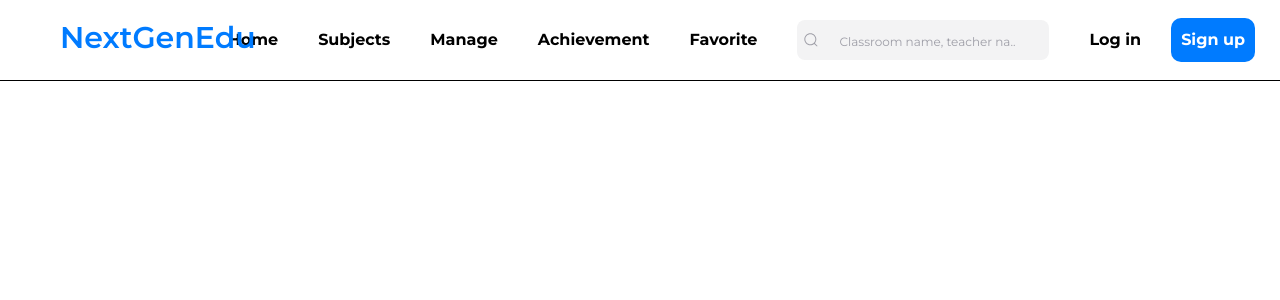
Repository: khoilvgcc210040/nextgenedu
Page: http://localhost/
The author's editor kept a copy of each file at every save. The page is drawn from the files as they stood at one save, then again after the next save.
The browser window is 1280 px wide. The pictures show the whole page.
The page is served by the project's application, run on Django 5.2 (manage.py). Other server files are loaded and not shown.

Above is the page before, as saved 2024-08-11 21:44:46.

### home/templatetags/filters.py
from django import template

register = template.Library()

@register.filter(name='range')
def filter_range(start, end):
    return range(start, end)

### templates/home.html
{% load static %}
<!DOCTYPE html>
<html lang="en">
<head>
    <meta charset="UTF-8">
    <meta name="viewport" content="width=device-width, initial-scale=1.0">
    <title>Home</title>
    <!-- Bootstrap CSS -->
    <link href="https://stackpath.bootstrapcdn.com/bootstrap/4.5.2/css/bootstrap.min.css" rel="stylesheet">
</head>
<style>
    @import url('https://fonts.googleapis.com/css2?family=Montserrat:ital,wght@0,100..900;1,100..900&family=Roboto:ital,wght@0,100;0,300;0,400;0,500;0,700;0,900;1,100;1,300;1,400;1,500;1,700;1,900&display=swap');
    body, html {
        margin: 0;
        padding: 0;
        height: 100%;
        font-family: "Montserrat", sans-serif;
        overflow: hidden;
    }
</style>
<body>
    {% include "header.html" %}

</body>
</html>

### templates/header.html
{% load static %}
<!DOCTYPE html>
<html lang="en">
<head>
    <meta charset="UTF-8">
    <meta name="viewport" content="width=device-width, initial-scale=1.0">
</head>
<style>
    @import url('https://fonts.googleapis.com/css2?family=Montserrat:ital,wght@0,100..900;1,100..900&family=Roboto:ital,wght@0,100;0,300;0,400;0,500;0,700;0,900;1,100;1,300;1,400;1,500;1,700;1,900&display=swap');
    body, html {
        margin: 0;
        padding: 0;
        height: 100%;
        font-family: "Montserrat", sans-serif;
        overflow: hidden;
        overflow-y: auto;
    }

    .navbar .container {
        max-width: 1330px;
    }

    .navbar .navbar-nav .nav-link {
        border-radius: 10px;;
        margin: 10px;
        padding: 10px;
        color: #000;
        font-weight: 700;
        transition: all ease-in-out 0.3s;
    }

    .navbar .navbar-nav .nav-link:hover {
        transform: translateY(-3px);
    }


    .navbar {
        position: fixed;
        top: 0;
        left: 0;
        right: 0;
        background: #ffffff;
        border-bottom: 1px solid #000000;
        z-index: 9;
        display: flex;
        justify-content: space-around;
        align-items: center;
        padding: 0;
    }

    .navbar .dropdown-menu {
        background: #ffffff;
        box-shadow: 0 1rem 3rem rgba(0, 0, 0, 0.175);
        border: 0;
        display: block;
        opacity: 0;
        min-width: 9rem;
        margin-top: 20px;
        padding: 13px 0 10px 0;
        transition: all 0.3s;
        pointer-events: none;
    }

    .navbar .dropdown-menu::before {
        content: "";
        width: 0;
        height: 0;
        border-left: 20px solid transparent;
        border-right: 20px solid transparent;
        border-bottom: 15px solid #ffffff;
        position: absolute;
        top: -10px;
        left: 10px;
    }

    .navbar .dropdown-item {
        display: inline-block;
        color: #000;
        font-family: "Montserrat", sans-serif;
        font-size: 14px;
        font-weight: 500;
        text-transform: uppercase;
        letter-spacing: 0.5px;
        position: relative;
    }

    .navbar .dropdown-item.active,
    .navbar .dropdown-item:active,
    .navbar .dropdown-item:focus,
    .navbar .dropdown-item:hover {
        background: transparent;
        color: #13547a;
    }

    .navbar .nav-item{
        display: flex;
        align-items: center;
    }

    .navbar .nav-item{
        color: blue;
    }

    @media screen and (min-width: 992px) {
        .navbar .dropdown:hover .dropdown-menu {
            opacity: 1;
            margin-top: 0;
            pointer-events: auto;
        }
    }

    .navbar .group {
        display: flex;
        line-height: 28px;
        align-items: center;
        position: relative;
        max-width: 280px;
    }

    .navbar .input {
        width: 100%;
        height: 40px;
        line-height: 28px;
        padding: 0 1rem;
        padding-left: 2.5rem;
        border: 2px solid transparent;
        border-radius: 8px;
        outline: none;
        background-color: #f3f3f4;
        color: #0d0c22;
        transition: .3s ease;
    }

    .navbar .input::placeholder {
        color: #9e9ea7;
        font-size: 12px;
    }

    .navbar .input:focus, input:hover {
        outline: none;
        border-color: rgba(234,76,137,0.4);
        background-color: #fff;
        box-shadow: 0 0 0 4px rgb(234 76 137 / 10%);
    }

    .navbar .icon {
        position: absolute;
        left: 1rem;
        fill: #9e9ea7;
        width: 1rem;
        height: 1rem;
    }

    .navbar .navbar-brand{
        color: #000;
        font-size: 30px;
        margin-bottom: 5px;
        font-weight: 600;
        position: absolute;
        left: 2em;
        transition: all ease-in-out 0.3s;
    }

    .navbar .navbar-brand:hover{
        color: #000;
        transform: translateY(-3px);
    }

    .navbar .collapse{
        display: flex;
        justify-content: flex-end;
    }

    .navbar img {
        height: 40px;
        width: auto;
        vertical-align: middle;
    }

    .btn-login:hover {
        background-color: #e2e8f0;
    }
</style>
<body>
    <nav class="navbar navbar-expand-lg">
        <div class="container">
            <a class="navbar-brand" href="{% url "home" %}">
                {% comment %} <svg xmlns="http://www.w3.org/2000/svg" width="30" height="30" fill="currentColor" class="bi bi-backpack3 text-primary" viewBox="0 0 16 20">
                    <path d="M4.04 7.43a4 4 0 0 1 7.92 0 .5.5 0 1 1-.99.14 3 3 0 0 0-5.94 0 .5.5 0 1 1-.99-.14M4 9.5a.5.5 0 0 1 .5-.5h7a.5.5 0 0 1 .5.5v4a.5.5 0 0 1-.5.5h-7a.5.5 0 0 1-.5-.5zm1 .5v3h6v-3h-1v.5a.5.5 0 0 1-1 0V10z"/>
                    <path d="M6 2.341V2a2 2 0 1 1 4 0v.341c.465.165.904.385 1.308.653l.416-1.247a1 1 0 0 1 1.748-.284l.77 1.027a1 1 0 0 1 .15.917l-.803 2.407C13.854 6.49 14 7.229 14 8v5.5a2.5 2.5 0 0 1-2.5 2.5h-7A2.5 2.5 0 0 1 2 13.5V8c0-.771.146-1.509.41-2.186l-.802-2.407a1 1 0 0 1 .15-.917l.77-1.027a1 1 0 0 1 1.748.284l.416 1.247A6 6 0 0 1 6 2.34ZM7 2v.083a6 6 0 0 1 2 0V2a1 1 0 1 0-2 0m5.941 2.595.502-1.505-.77-1.027-.532 1.595q.447.427.8.937M3.86 3.658l-.532-1.595-.77 1.027.502 1.505q.352-.51.8-.937M8 3a5 5 0 0 0-5 5v5.5A1.5 1.5 0 0 0 4.5 15h7a1.5 1.5 0 0 0 1.5-1.5V8a5 5 0 0 0-5-5"/>
                </svg> {% endcomment %}
                <span class="text-primary">NextGenEdu</span>
            </a>

            <div class="collapse navbar-collapse" id="navbarNav">
                <ul class="navbar-nav ms-lg-5 me-lg-auto">
                    <li class="nav-item">
                        <a class="nav-link click-scroll" href="{% url "home" %}">Home</a>
                    </li>

                    <li class="nav-item">
                        <a class="nav-link click-scroll" href="{% url "subjects" %}">Subjects</a>
                    </li>

                    <li class="nav-item">
                        <a class="nav-link click-scroll" href="index.html#section_3">Manage</a>
                    </li>

                    <li class="nav-item">
                        <a class="nav-link click-scroll" href="index.html#section_4">Achievement</a>
                    </li>

                    <li class="nav-item">
                        <a class="nav-link click-scroll" href="index.html#section_5">Favorite</a>
                    </li>

                    <li>
                        <div class="group nav-link click-scrol">
                        <svg class="icon" aria-hidden="true" viewBox="0 0 24 24"><g><path d="M21.53 20.47l-3.66-3.66C19.195 15.24 20 13.214 20 11c0-4.97-4.03-9-9-9s-9 4.03-9 9 4.03 9 9 9c2.215 0 4.24-.804 5.808-2.13l3.66 3.66c.147.146.34.22.53.22s.385-.073.53-.22c.295-.293.295-.767.002-1.06zM3.5 11c0-4.135 3.365-7.5 7.5-7.5s7.5 3.365 7.5 7.5-3.365 7.5-7.5 7.5-7.5-3.365-7.5-7.5z"></path></g></svg>
                        <input placeholder="Classroom name, teacher na..." type="search" class="input">
                        </div>
                    </li>
                    {% if user.is_authenticated %}
                    <li class="nav-item dropdown">
                        <a class="nav-link" href="#section_5" id="navbarLightDropdownMenuLink" role="button" data-bs-toggle="dropdown" aria-expanded="false">✙ Create</a>

                        <ul class="dropdown-menu dropdown-menu-light" aria-labelledby="navbarLightDropdownMenuLink">
                            <li><a class="dropdown-item" href="topics-listing.html">Topics Listing</a></li>

                            <li><a class="dropdown-item active" href="contact.html">Contact Form</a></li>
                        </ul>
                    </li>

                    <li class="nav-item dropdown">
                        <a class="nav-link" href="#section_5" id="navbarLightDropdownMenuLink" role="button" data-bs-toggle="dropdown" aria-expanded="false"><img src="{% static "user.png" %}" alt=""></a>

                        <ul class="dropdown-menu dropdown-menu-light" aria-labelledby="navbarLightDropdownMenuLink">
                            <li><a class="dropdown-item" href="topics-listing.html">Setting</a></li>

                            <li><a class="dropdown-item active" href="{% url "logout" %}">Logout</a></li>
                        </ul>
                    </li>
                    {% else %}
                    <li class="nav-item">
                        <a class="btn-login nav-link click-scroll " href="{% url "auth" %}?form=login">Log in</a>
                    </li>
                    <li class="nav-item">
                        <a class="nav-link click-scroll bg-primary text-white" href="{% url "auth" %}?form=signup">Sign up</a>
                    </li>
                    {% endif %}
                </ul>
            </div>
        </div>
    </nav>
</body>
</html>

### home/views.py
from datetime import date
from django.http import HttpResponse
from django.shortcuts import render, redirect, get_object_or_404
from django.contrib.auth import authenticate, login, logout
from django.contrib import messages
from home.models import Classroom, CustomUser, Subjects

from django.contrib.auth.tokens import default_token_generator
from django.contrib.auth.forms import SetPasswordForm
from django.utils.http import urlsafe_base64_encode, urlsafe_base64_decode
from django.utils.encoding import force_bytes, force_str
from django.template.loader import render_to_string
from django.core.mail import send_mail

def home(request):
    if 'login_email' in request.session:
        del request.session['login_email']
    if 'signup_data' in request.session:
        del request.session['signup_data']
    context = {}
    return render(request, 'home.html', context)

def authPage(request):
    if request.method == 'POST':
        form_type = request.POST.get('form', 'signup')
        signup_error = False
        login_error = False

        if form_type == 'signup':
            email = request.POST.get('email')
            username = request.POST.get('username')
            password = request.POST.get('password')
            confirmPassword = request.POST.get('confirm-password')
            day = int(request.POST.get('day'))
            month = int(request.POST.get('month'))
            year = int(request.POST.get('year'))
            role = request.POST.get('role')
            grade = request.POST.get('grade')
            terms = request.POST.get('terms') == 'on'

            errors = False

            if CustomUser.objects.filter(email=email).exists():
                messages.info(request, '❌ This email is already registered. Please use a different email address.', extra_tags='signup')
                errors = True

            if CustomUser.objects.filter(username=username).exists():
                messages.info(request, '❌ This username is already taken. Please choose a different username.', extra_tags='signup')
                errors = True

            if password != confirmPassword:
                messages.info(request, '❌ The passwords do not match. Please check and re-enter them.', extra_tags='signup')
                errors = True

            if errors:
                signup_error = True
                request.session['signup_data'] = {
                    'email': email,
                    'username': username,
                    'day': day,
                    'month': month,
                    'year': year,
                    'role': role,
                    'grade': grade,
                    'terms': terms
                }
                return redirect('/auth/?form=signup&signup_error=True')
            else:
                user = CustomUser.objects.create_user(username=username, email=email, password=password)
                user.date_of_birth = date(year, month, day)
                user.role = role
                user.grade = grade
                user.terms_accepted = terms
                user.save()

                user = authenticate(request, email=email, password=password)
                login(request, user)
                return redirect('home')

        elif form_type == 'login':
            email = request.POST.get('email')
            password = request.POST.get('login-password')

            user = authenticate(request, email=email, password=password)

            if user is not None:
                login(request, user)
                return redirect('home')
            else:
                messages.info(request, 'Oops. Something went wrong 😅. Please try again.', extra_tags='login')
                login_error = True
                request.session['login_email'] = email
                return redirect('/auth/?form=login&login_error=True')
    else:
        form_type = request.POST.get('form', 'signup')
        signup_error = request.GET.get('signup_error', 'False') == 'True'
        login_error = request.GET.get('login_error', 'False') == 'True'
        signup_data = request.session.pop('signup_data', {})
        days = list(range(1, 32))
        months = {i: month for i, month in enumerate(["January", "February", "March", "April", "May", "June", "July", "August", "September", "October", "November", "December"], start=1)}
        years = list(range(1900, 2024 + 1))
        context = {
            'form_type': form_type,
            'signup_error': signup_error,
            'login_error': login_error,
            'email': signup_data.get('email', ''),
            'username': signup_data.get('username', ''),
            'day': signup_data.get('day', ''),
            'month': signup_data.get('month', ''),
            'year': signup_data.get('year', ''),
            'role': signup_data.get('role', ''),
            'grade': signup_data.get('grade', ''),
            'terms': signup_data.get('terms', False),
            'days': days,
            'months': months,
            'years': years,
            'login_email': request.session.get('login_email') if request.session.get('login_email') else "",
        }
        return render(request, 'auth.html', context)

def logoutPage(request):
    logout(request)
    return redirect('home')

def subjects(request):
    subjects = Subjects.objects.all()
    context = {
        'subjects' : subjects
    }
    return render(request, 'subjects.html', context)

import logging
logger = logging.getLogger(__name__)

def forgot_password(request):
    if request.method == 'POST':
        email = request.POST.get('email')
        associated_users = CustomUser.objects.filter(email=email)
        if associated_users.exists():
            for user in associated_users:
                subject = "Password Reset Requested"
                email_template_name = "password_reset_email.html"
                uidb64 = urlsafe_base64_encode(force_bytes(user.pk))
                logger.debug(f'Generated uidb64: {uidb64}')
                c = {
                    "email": user.email,
                    'domain': 'localhost:8000',
                    'site_name': 'Website',
                    "uidb64": uidb64,
                    "user": user,
                    'token': default_token_generator.make_token(user),
                    'protocol': 'http',
                }
                email = render_to_string(email_template_name, c)
                send_mail(subject, email, 'NextGenEdu <nextgenedu03.info@gmail.com>', [user.email], fail_silently=False)
            return render(request, 'check_your_email.html')
        else:
            messages.error(request, 'This email does not exist in our system.')
            return redirect('forgot_password')
    return render(request, 'forgot_password.html')


def reset_password(request, uidb64=None, token=None):
    if uidb64 is not None and token is not None:
        try:
            uid = force_str(urlsafe_base64_decode(uidb64))
            user = CustomUser.objects.get(pk=uid)
        except (TypeError, ValueError, OverflowError, CustomUser.DoesNotExist):
            user = None

        if user is not None and default_token_generator.check_token(user, token):
            if request.method == 'POST':
                new_password = request.POST.get('new_password')
                confirm_password = request.POST.get('confirm_password')

                if new_password == confirm_password:
                    user.set_password(new_password)
                    user.save()
                    messages.success(request, 'Your password has been successfully changed.')
                    return redirect('reset_password')
                else:
                    messages.error(request, 'Passwords do not match. Please try again.')
                    return redirect(request.path)
            return render(request, 'reset_password.html')
        else:
            messages.error(request, 'The reset link is invalid or has expired.')
            return redirect('forgot_password')
    else:
        messages.error(request, 'Invalid request.')
        return redirect('forgot_password')

def classrooms(request, subject_id, grade):
    subject = get_object_or_404(Subjects, id=subject_id, grade=grade)
    status = request.GET.get('status', None)

    if status is not None:
        classrooms = Classroom.objects.filter(subject=subject, grade=grade, status=status)
    else:
        classrooms = Classroom.objects.filter(subject=subject, grade=grade)

    context = {
        'subject': subject,
        'grade': grade,
        'classrooms': classrooms,
        'status': status,
    }
    return render(request, 'classrooms.html', context)

def enter_password(request, classroom_id):
    classroom = get_object_or_404(Classroom, id=classroom_id)

    if request.method == 'POST':
        entered_password = request.POST.get('password')
        if entered_password == classroom.password:
            return HttpResponse("Access Granted")
        else:
            return HttpResponse("Incorrect password")

    return redirect('classrooms', subject_id=classroom.subject.id, grade=classroom.grade)

### home/urls.py
from django.urls import include, path
from . import views

urlpatterns = [
    path('', views.home, name='home'),
    path('auth/', views.authPage, name='auth'),
    path('logout/', views.logoutPage, name='logout'),
    path('subjects/', views.subjects, name='subjects'),
    path('subjects/<int:subject_id>/grade/<int:grade>/classrooms/', views.classrooms, name='classrooms'),
    path('classrooms/<int:classroom_id>/enter-password/', views.enter_password, name='enter_password'),
    path('forgot-password/', views.forgot_password, name='forgot_password'),
    path('reset-password/<uidb64>/<token>/', views.reset_password, name='reset_password'),
]

Loaded but not shown: nextgenedu/urls.py (common file)

After the next save:
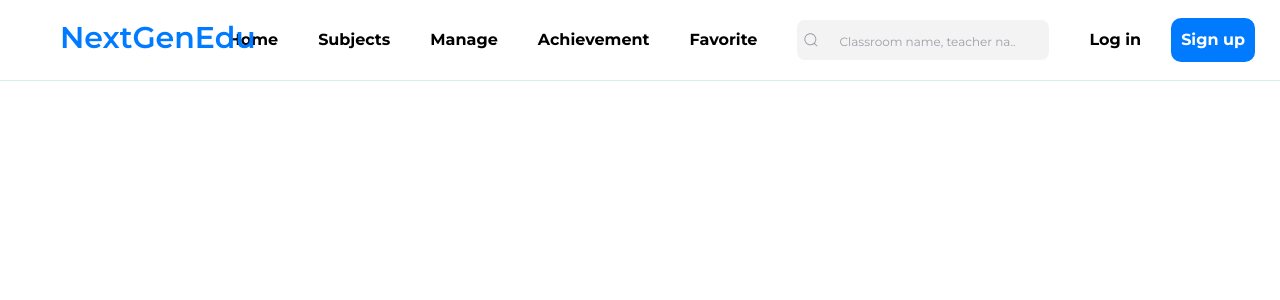
Saved 14 s later.
--- a/templates/header.html
+++ b/templates/header.html
@@ -40,7 +40,7 @@
         left: 0;
         right: 0;
         background: #ffffff;
-        border-bottom: 1px solid #000000;
+        border-bottom: 1px solid rgba(128, 208, 199, 0.35);
         z-index: 9;
         display: flex;
         justify-content: space-around;
